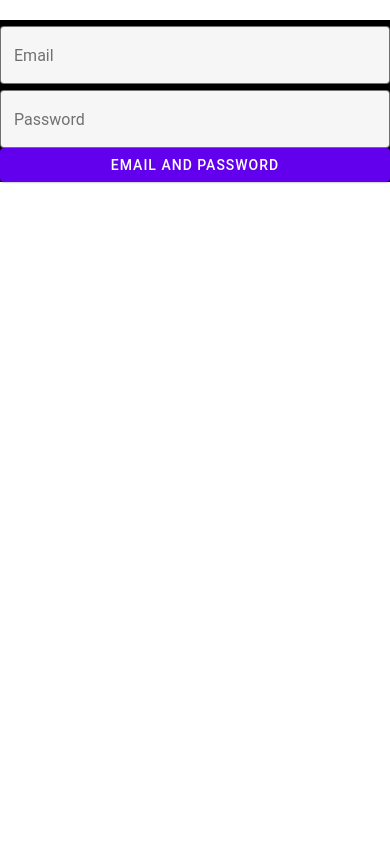
Repository: pascalgrim/GymTracker
Screen: /
An editor plug-in stored every save of this project. The screen is shown before and after the next save, followed by the edit.
The app was drawn by React Native's web renderer in a window 390 px wide. The project was rebuilt for these pictures with package versions that can differ from the ones it lists, and the page was loaded fresh each time. Also part of the build but not shown: components/menuCard.js, components/Dashboard.js, firebase.js, context/AuthContext.js.

Above is the screen before, as saved 2021-11-05 19:55:24.

After the next save:
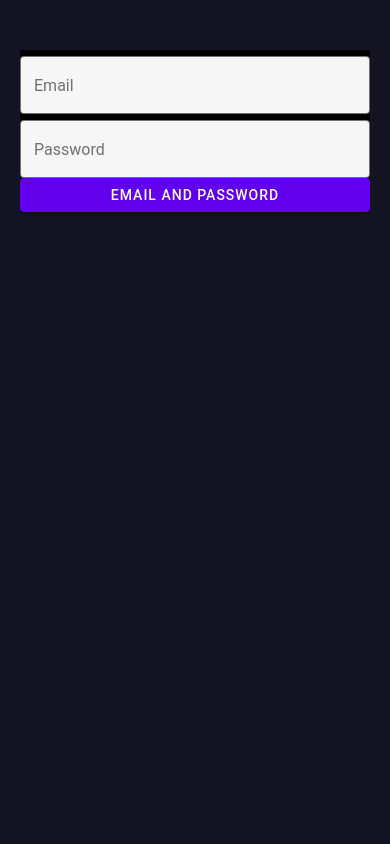
Saved 44 s later.
--- a/App.js
+++ b/App.js
@@ -22,7 +22,7 @@ import Signup from "./components/Signup";
 
 export default function App() {
   return (
-    <View >
+    <View style={styles.container}>
       {/* <Dashboard/> */}
       <Signup/>
 
